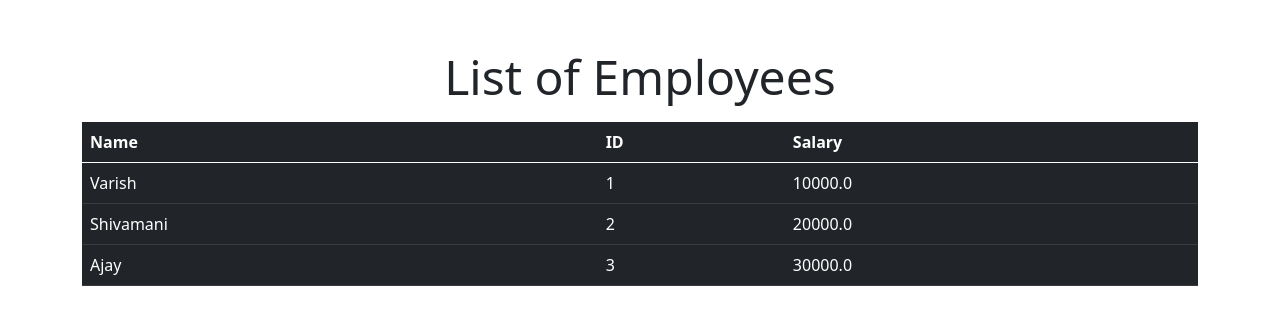
Repository: valletivarish/monojsp
Page: http://localhost/05-jsp-jstl-tags-demo/emp-jstl-forEach-demo.jsp
The author's editor kept a copy of each file at every save. The page is drawn from the files as they stood at one save, then again after the next save.
The browser window is 1280 px wide. The pictures show the whole page.
The page is served by Tomcat 9.

Above is the page before, as saved 2024-07-15 10:08:50.

After the next save:
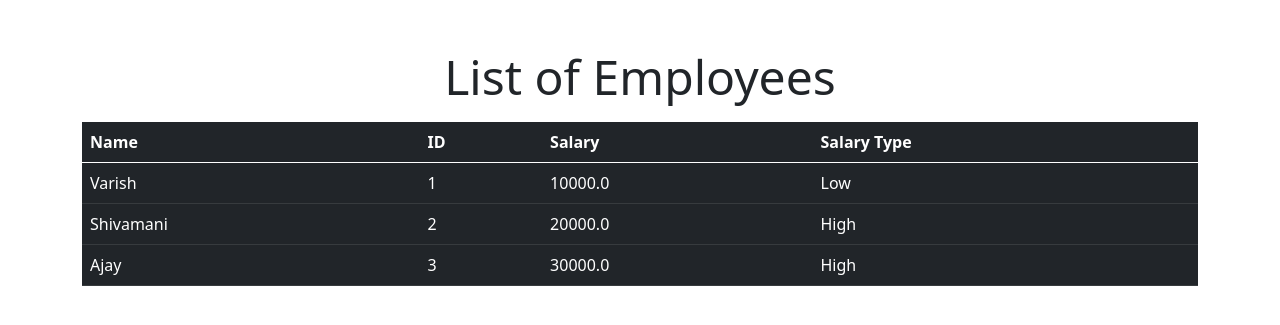
Saved 73 s later.
--- a/05-jsp-jstl-tags-demo/WebContent/emp-jstl-forEach-demo.jsp
+++ b/05-jsp-jstl-tags-demo/WebContent/emp-jstl-forEach-demo.jsp
@@ -28,6 +28,7 @@
                 <th>Name</th>
                 <th>ID</th>
                 <th>Salary</th>
+                <th>Salary Type</th>
             </tr>
         </thead>
         <tbody>
@@ -36,6 +37,14 @@
                 <td>${emp.name}</td>
                 <td>${emp.id}</td>
                 <td>${emp.salary}</td>
+                <td>
+                	<c:if test="${emp.salary>=20000}">
+                		High
+                	</c:if>
+                	<c:if test="${emp.salary<20000}">
+                		Low
+                	</c:if>
+                </td>
             </tr>
         </c:forEach>
         </tbody>
